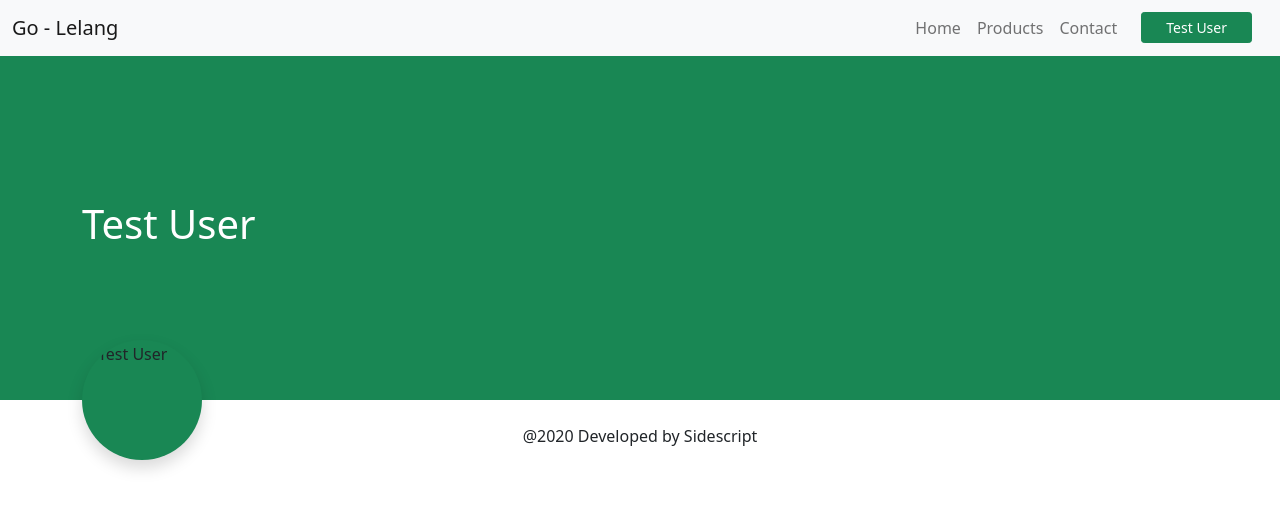
Repository: khulqu15/Go---Lelalng
Page: http://localhost/profile
An editor plug-in stored every save of this project. The page is shown before and after the next save, followed by the edit.
The browser window is 1280 px wide. The pictures show the whole page.
The page is served by the project's Laravel application, run on PHP 8.4 with Laravel 8. A made-up administrator, Test User (test@example.com), is signed in.

Above is the page before, as saved 2021-02-22 20:20:18.

After the next save:
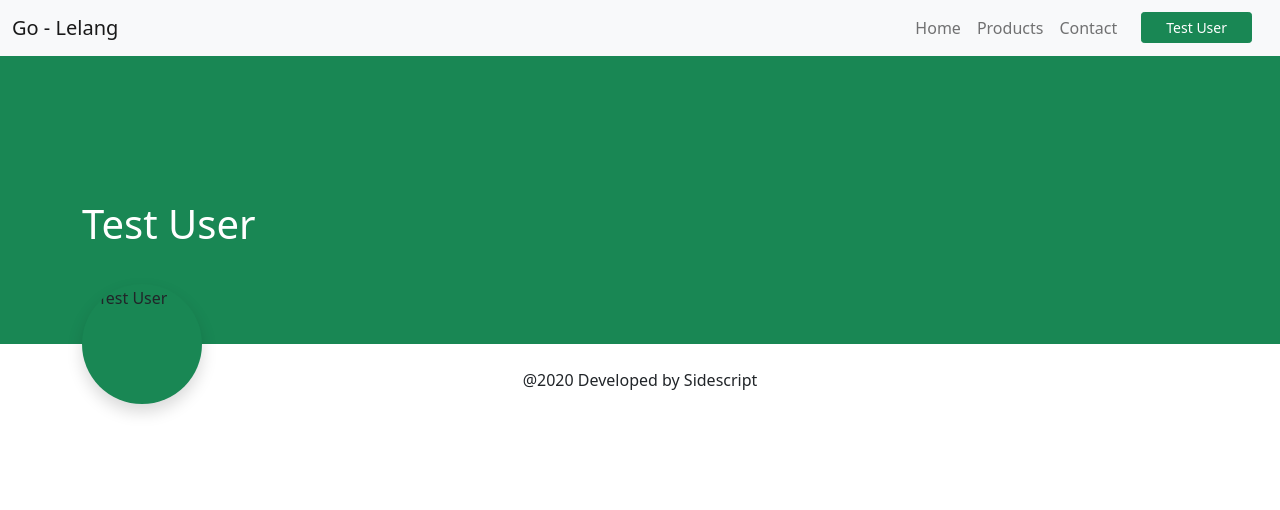
Saved 20 s later.
--- a/resources/views/page/profile.blade.php
+++ b/resources/views/page/profile.blade.php
@@ -10,7 +10,7 @@
                 <div class="avatar-profile position-absolute shadow" style="bottom: -60px; width: 120px; height: 120px; border-radius: 120px;">
                     <img src="{{ asset('img/user/'.Auth::user()->avatar) }}" alt="{{ Auth::user()->name }}" class="image-fit-card">
                 </div>
-                <h1 class="text-white">{{ Auth::user()->name }}</h1>
+                <h1 class="text-white position-absolute">{{ Auth::user()->name }}</h1>
             </div>
         </div>
     </div>
